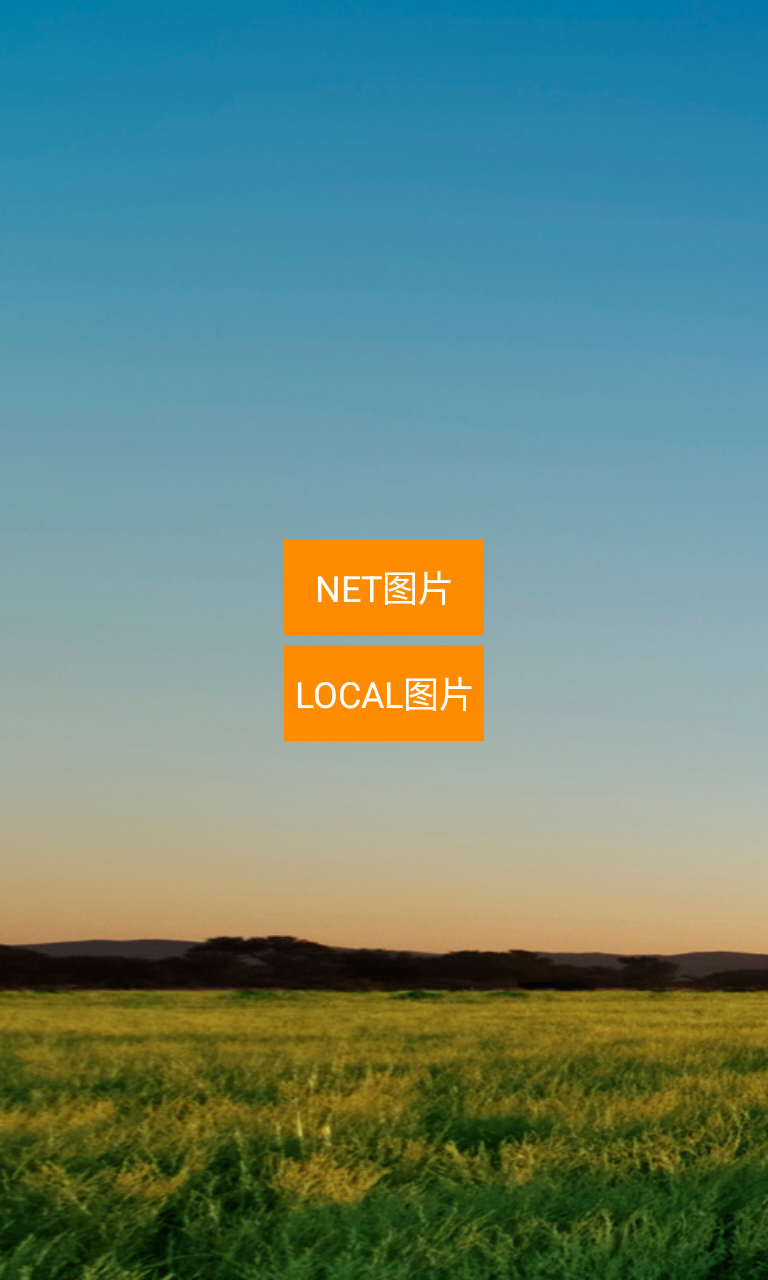
Repository: taiyang0725/Android
Layout: TestViewPage/res/layout/b.xml
An editor plug-in stored every save of this project. The layout is shown before and after the next save, followed by the edit.
It is drawn on a 768 x 1280 px phone screen (xhdpi) without system bars, with theme AppTheme; the app's code is not run.

Above is the layout before, as saved 2015-05-14 06:58:26.

### TestViewPage/res/layout/b.xml
<?xml version="1.0" encoding="utf-8"?>
<RelativeLayout xmlns:android="http://schemas.android.com/apk/res/android"
    android:layout_width="match_parent"
    android:layout_height="match_parent"
    android:background="@drawable/bg_not_login" >

   <LinearLayout
       android:layout_width="wrap_content"
        android:layout_height="wrap_content"
        android:layout_centerInParent="true"
        android:orientation="vertical"
       >
    <Button
        android:id="@+id/btn_pic_net"
        android:layout_width="100dp"
        android:layout_height="wrap_content"
        android:background="#FF8C00"
        android:text="NET图片"
        android:textColor="#FFFFFF"
        />
    <Button
        android:id="@+id/btn_pic_local"
        android:layout_width="100dp"
        android:layout_height="wrap_content"
        android:layout_marginTop="5dp"
        android:background="#FF8C00"
       android:textColor="#FFFFFF"
        android:text="LOCAL图片"
        />

   </LinearLayout>

</RelativeLayout>

### TestViewPage/res/values/styles.xml
<resources xmlns:android="http://schemas.android.com/apk/res/android">

    <!--
        Base application theme, dependent on API level. This theme is replaced
        by AppBaseTheme from res/values-vXX/styles.xml on newer devices.





    -->
    <style name="AppBaseTheme" parent="android:Theme.Light">
        <!--
            Theme customizations available in newer API levels can go in
            res/values-vXX/styles.xml, while customizations related to
            backward-compatibility can go here.





        -->
    </style>

    <!-- Application theme. -->
    <style name="AppTheme" parent="AppBaseTheme">
        <!-- All customizations that are NOT specific to a particular API-level can go here. -->
    </style>

    <style name="set_title">
        <item name="android:layout_width">match_parent</item>
        <item name="android:layout_height">40dp</item>
        <item name="android:orientation">horizontal</item>
    </style>

    <style name="set_layout">
        <item name="android:layout_width">0dp</item>
        <item name="android:layout_weight">1</item>
        <item name="android:layout_height">wrap_content</item>

    </style>

    <style name="set_txt">
        <item name="android:layout_width">wrap_content</item>
        <item name="android:layout_height">wrap_content</item>
        <item name="android:orientation">vertical</item>

    </style>

    <style name="set_btn">
        <item name="android:layout_width">35dp</item>
        <item name="android:layout_height">35dp</item>
    </style>

</resources>

Loaded but not shown: TestViewPage/res/values-v11/styles.xml (common file); TestViewPage/res/values-v14/styles.xml (common file)

After the next save:
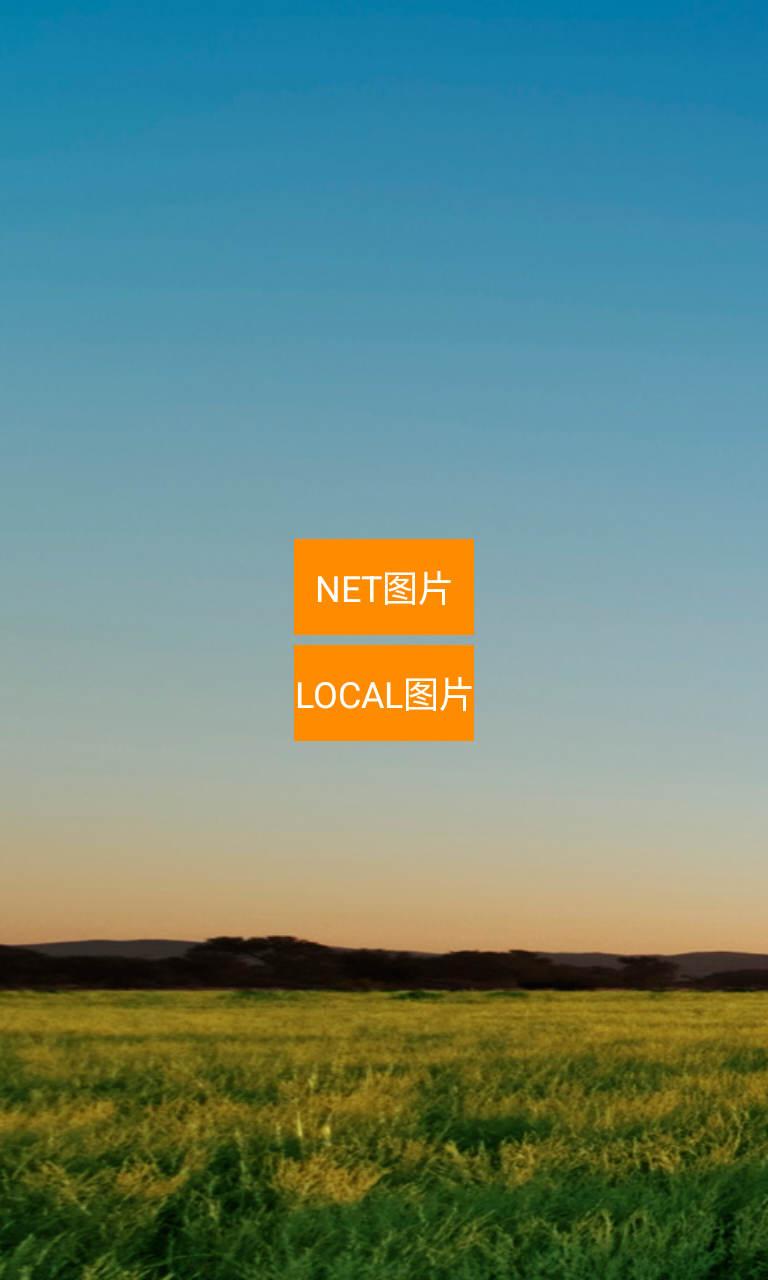
Saved 18 s later.
--- a/TestViewPage/res/layout/b.xml
+++ b/TestViewPage/res/layout/b.xml
@@ -12,7 +12,7 @@
        >
     <Button
         android:id="@+id/btn_pic_net"
-        android:layout_width="100dp"
+        android:layout_width="match_parent"
         android:layout_height="wrap_content"
         android:background="#FF8C00"
         android:text="NET图片"
@@ -20,7 +20,7 @@
         />
     <Button
         android:id="@+id/btn_pic_local"
-        android:layout_width="100dp"
+        android:layout_width="match_parent"
         android:layout_height="wrap_content"
         android:layout_marginTop="5dp"
         android:background="#FF8C00"
